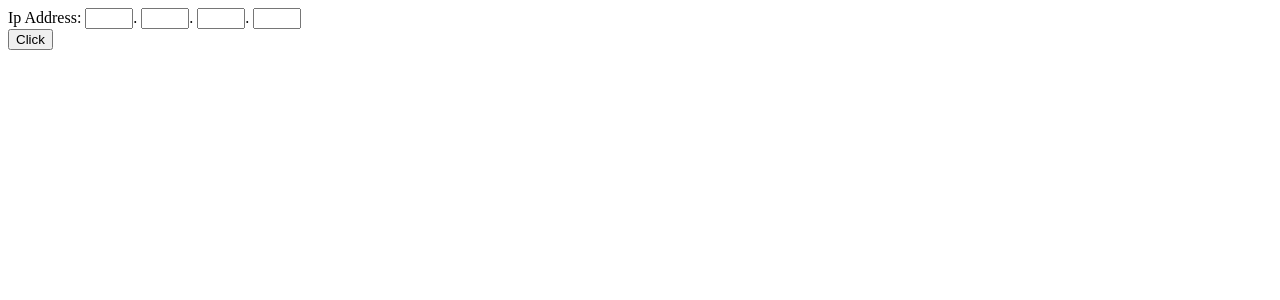
Repository: ravinforu/HTML5_CSS3_JS_Frameworks_Jul_2012-1
Page: Day01/WebContent/lab03.html
An editor plug-in stored every save of this project. The page is shown before and after the next save, followed by the edit.
The browser window is 1280 px wide. The pictures show the whole page.

Above is the page before, as saved 2012-07-20 09:19:31.

After the next save:
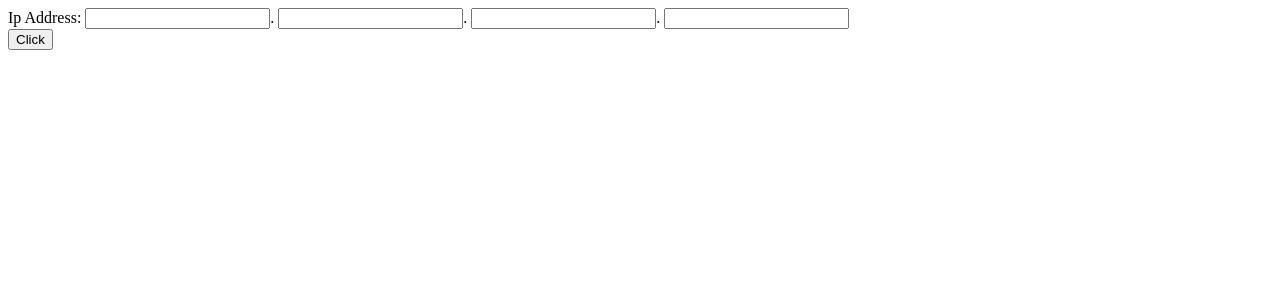
Console error: SyntaxError: Unexpected token '.'
Saved 8 min 36 s later.
--- a/Day01/WebContent/lab03.html
+++ b/Day01/WebContent/lab03.html
@@ -24,7 +24,7 @@
 		});
 		$("#octet4").on("keyup",function(){
 			if($("#octet4").val().length == 3)
-				$("#clickBtn").focus();
+				$("#octet4").next();.focus();
 		});
 	});
 </script>

After the save that followed:
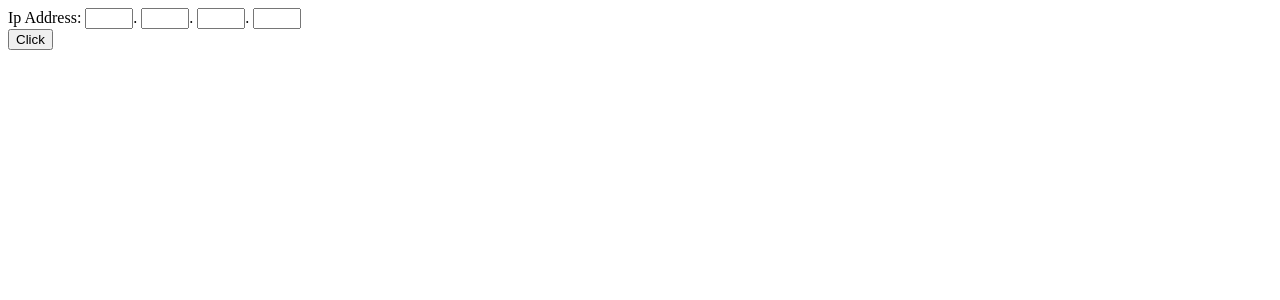
The error is gone.
Saved 1 s later.
--- a/Day01/WebContent/lab03.html
+++ b/Day01/WebContent/lab03.html
@@ -24,7 +24,7 @@
 		});
 		$("#octet4").on("keyup",function(){
 			if($("#octet4").val().length == 3)
-				$("#octet4").next();.focus();
+				$("#octet4").next().focus();
 		});
 	});
 </script>
